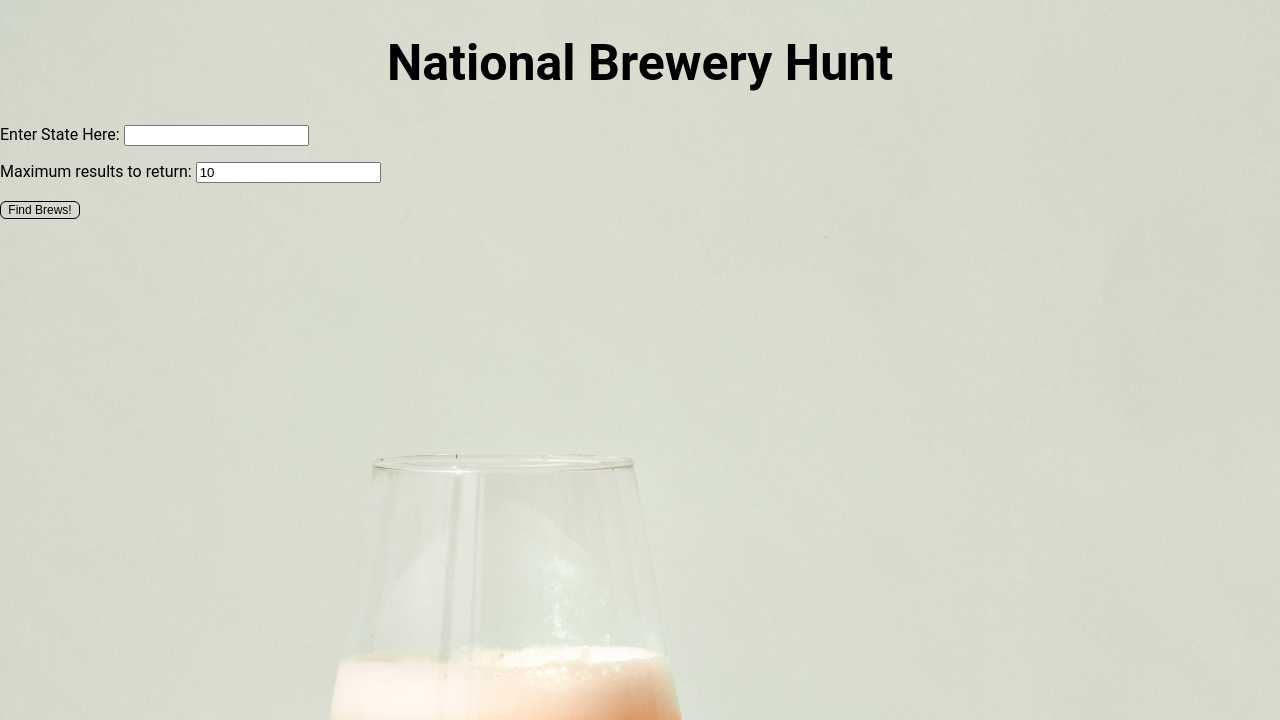
Repository: kaitlynMidori/searchBrews
Page: index.html
An editor plug-in stored every save of this project. The page is shown before and after the next save, followed by the edit.
The browser window is 1280 px wide. The pictures show the whole page.

Above is the page before, as saved 2021-01-08 14:08:36.

After the next save:
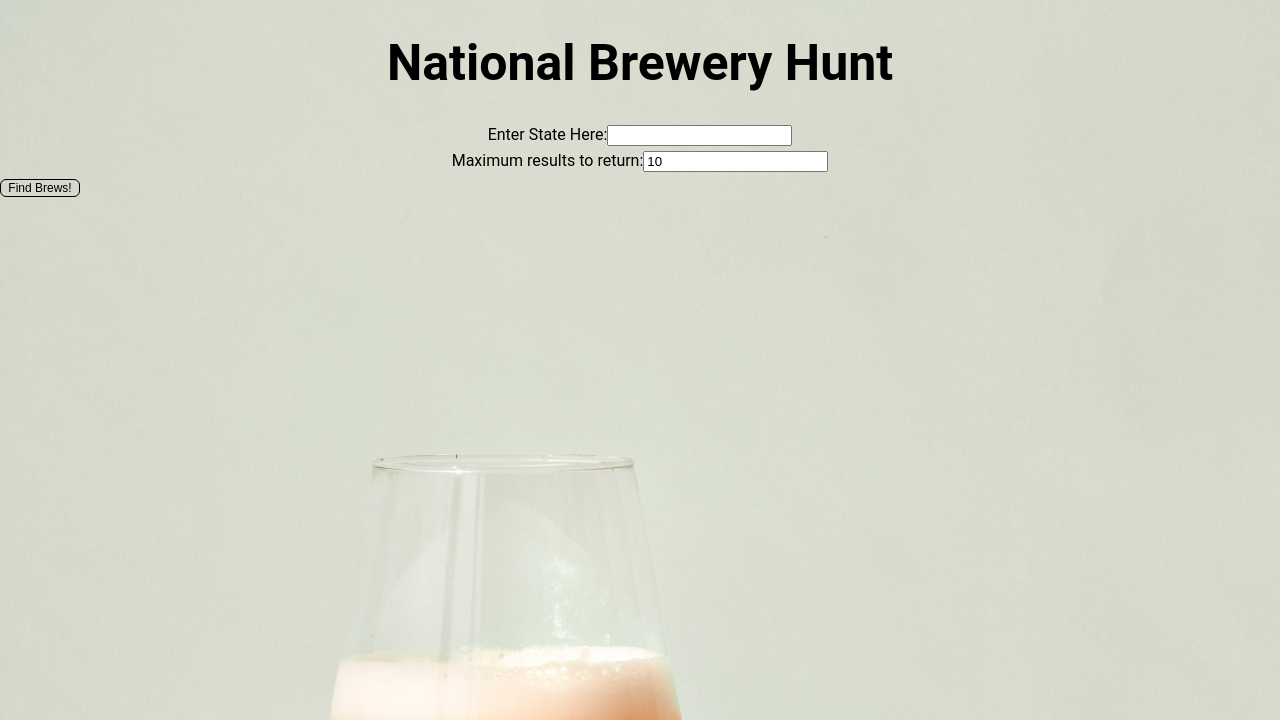
Saved 25 s later.
--- a/style.css
+++ b/style.css
@@ -46,18 +46,14 @@ legend {
     text-align: center;
 }
 
-
-label {
+p {
+    margin: 5px;
+    display: flex;
+    width: auto;
     justify-content: center;
-    margin-left: auto;
-    margin-right: auto;
 }
 
-input {
-    justify-content: center;
-    margin-left: auto;
-    margin-right: auto;
-}
+
 
 .results-amount {
     margin: auto;
